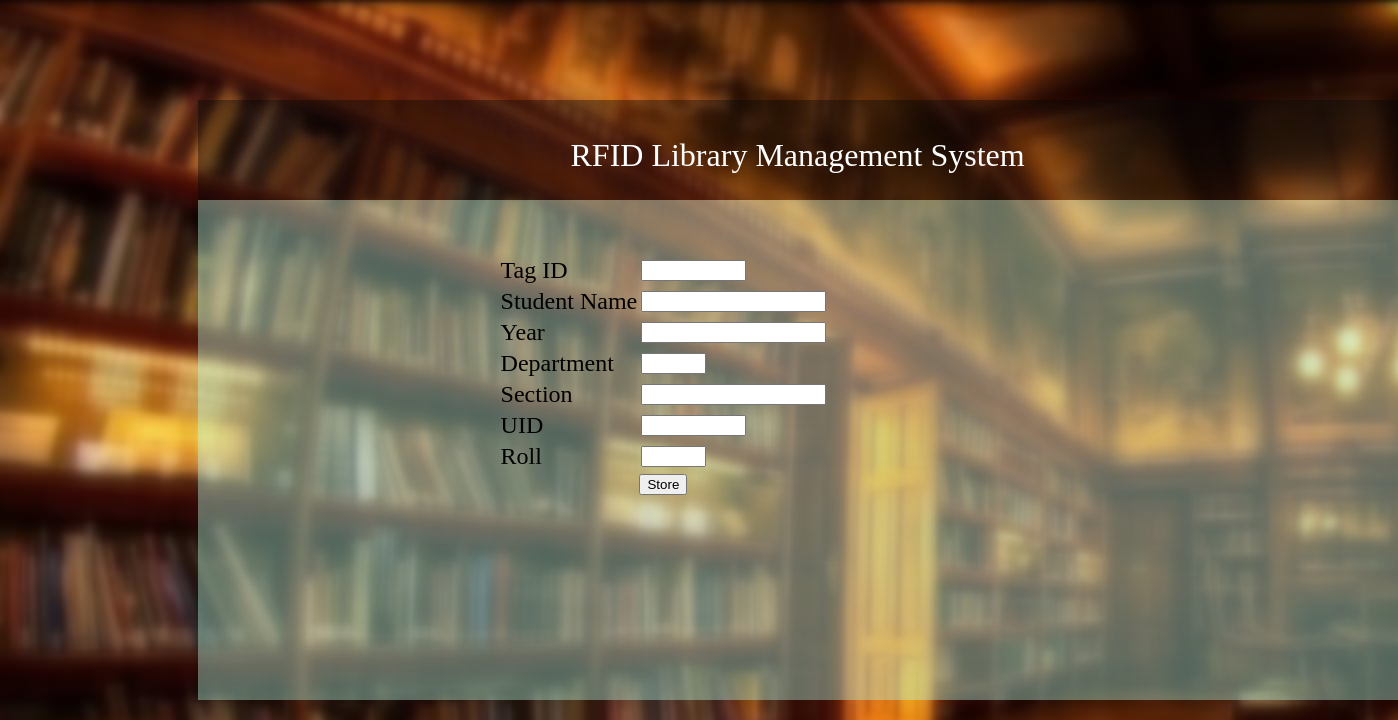
Repository: vigineshs/A-Smart-Data-Analyzer-for-Library-Management-System
Page: http://localhost/librarymgmt/updetails.jsp
The author's editor kept a copy of each file at every save. The page is drawn from the files as they stood at one save, then again after the next save.
The browser window is 1280 px wide. The page is 1398 px wide, so the pictures cover 1398 px, including what lies to the right of the window. The pictures show the whole page.
The page is served by Tomcat 9.

Above is the page before, as saved 2013-02-11 14:27:42.

After the next save:
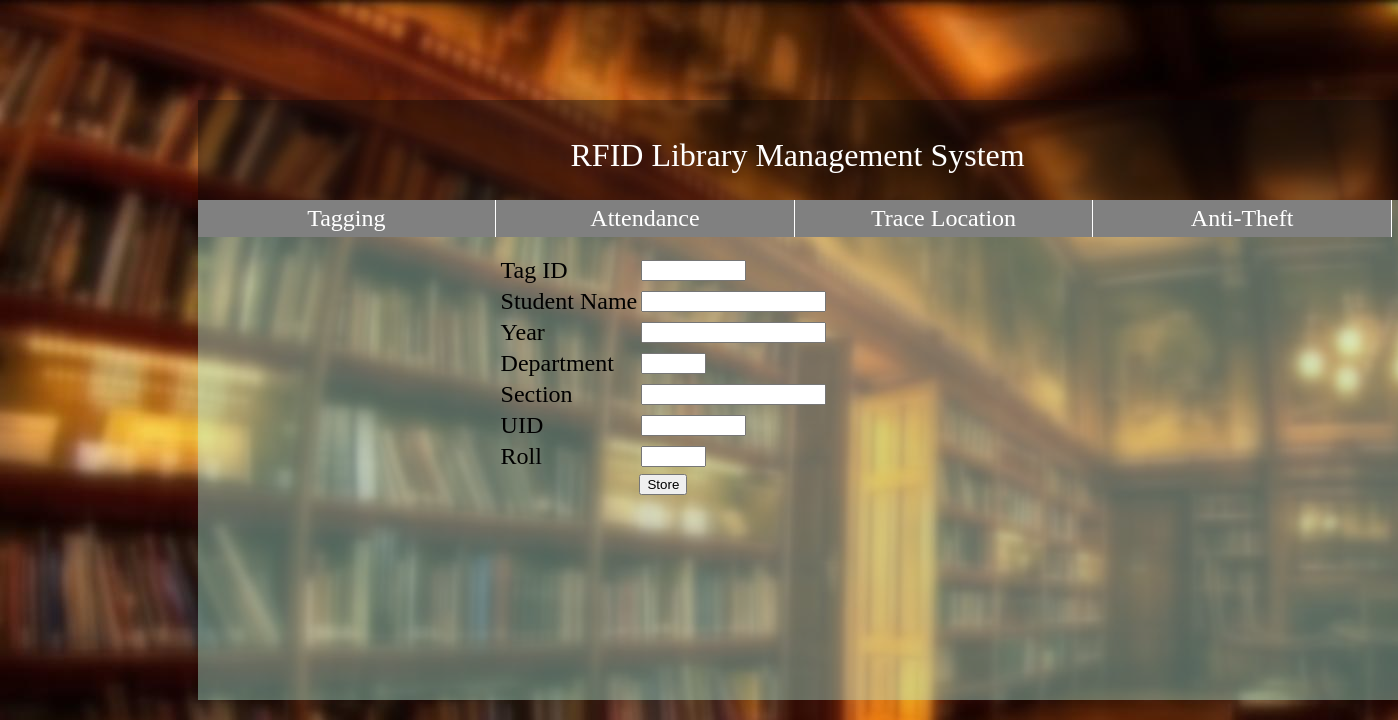
Saved 49 s later.
--- a/PassiveRFID/CS203-Version 1.0.6/Demo Applications/Dot Net C#/Demo Applications Source Code/RFID/librarymgmt/WebContent/updetails.jsp
+++ b/PassiveRFID/CS203-Version 1.0.6/Demo Applications/Dot Net C#/Demo Applications Source Code/RFID/librarymgmt/WebContent/updetails.jsp
@@ -62,6 +62,12 @@ if (x==null || x=="")
 RFID Library Management System
 </div>
 <div id="content">
+<ul>
+<li><a href="tag.jsp">Tagging</a></li>
+<li><a href="attend.jsp">Attendance</a></li>
+<li><a href="locate.jsp">Trace Location</a></li>
+<li><a href="#">Anti-Theft</a></li>
+</ul>
 <br/><br/>
 	<div id="lcon">
 
